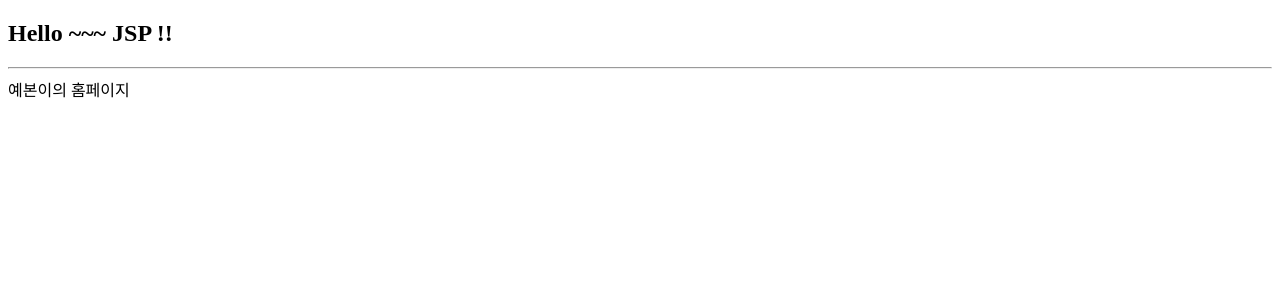
Repository: BbongLee/JSPstudy
Page: http://localhost/StartJSP/
An editor plug-in stored every save of this project. The page is shown before and after the next save, followed by the edit.
The browser window is 1280 px wide. The pictures show the whole page.
The page is served by Tomcat 9.

Above is the page before, as saved 2018-03-08 04:46:14.

After the next save:
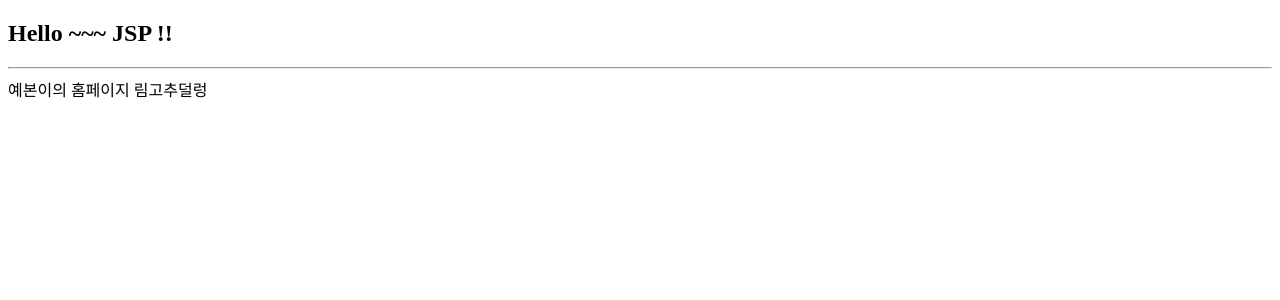
Saved 2 min 42 s later.
--- a/StartJSP/WebContent/index.jsp
+++ b/StartJSP/WebContent/index.jsp
@@ -9,6 +9,6 @@
 <body>
 <h2>Hello ~~~ JSP !!</h2>
 <hr/>
-<%= "예본이의 홈페이지"%>
+<%= "예본이의 홈페이지     림고추덜렁"%>
 </body>
 </html>
